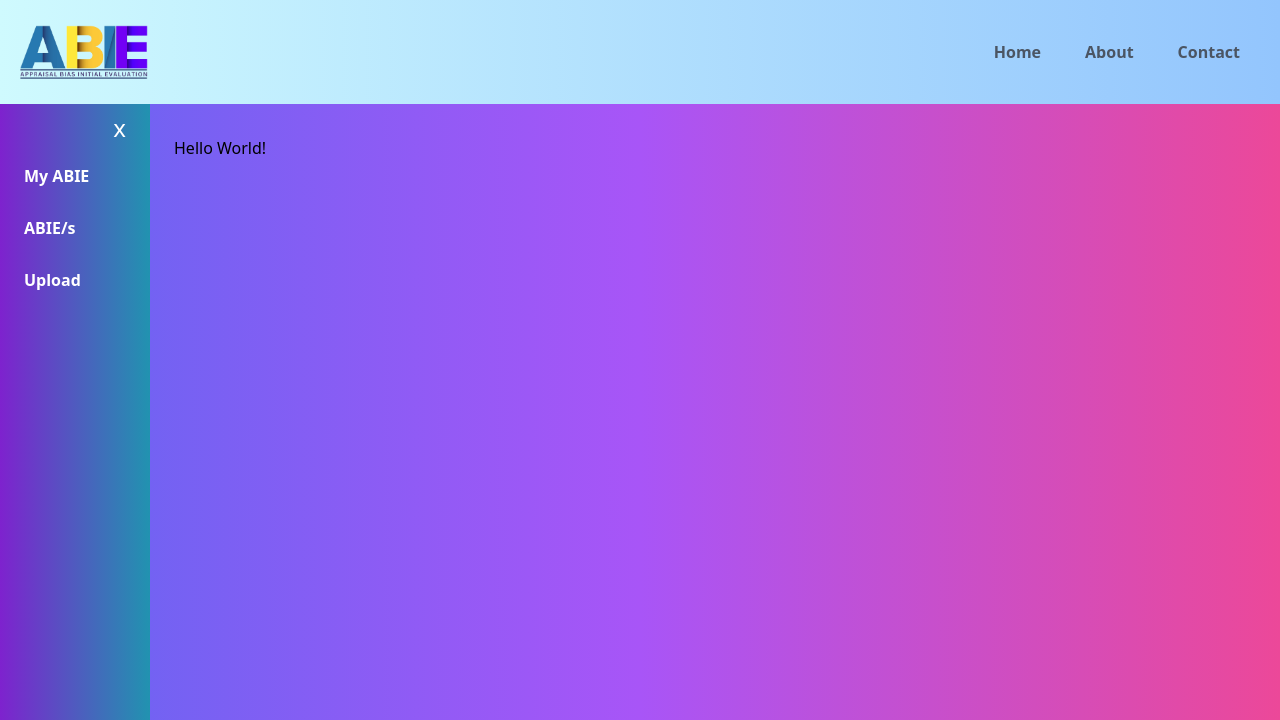
Repository: WafulaLukorito/Abie-frontend
Page: /dashboard
An editor plug-in stored every save of this project. The page is shown before and after the next save, followed by the edit.
The browser window is 1280 px wide. The pictures show the whole page.
The project was rebuilt for these pictures with package versions that can differ from the ones it lists, and the page was loaded fresh each time. Also part of the build but not shown: vite.config.js, src/components/Header/Button.jsx, src/components/Header/Links.jsx, src/components/Header/index.jsx, src/pages/Home.jsx, src/pages/About.jsx.

Above is the page before, as saved 2024-01-26 17:24:21.

After the next save:
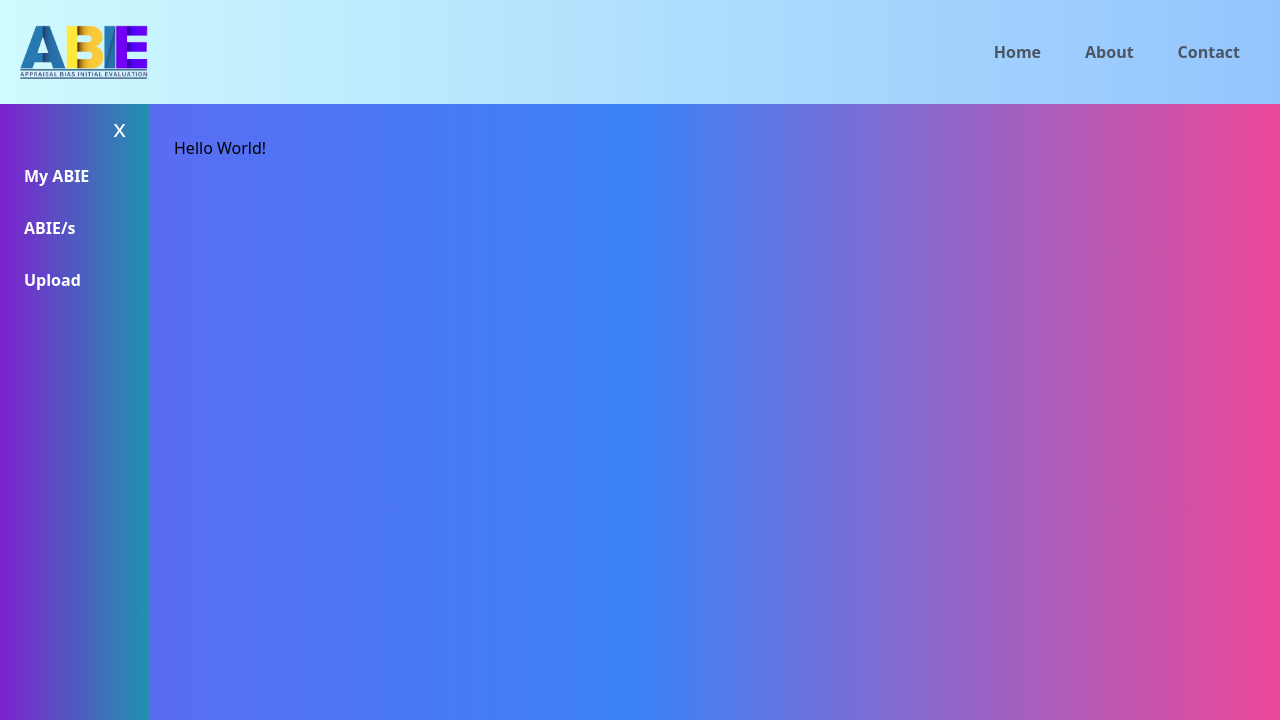
Saved 97 s later.
--- a/src/pages/Dashboard.jsx
+++ b/src/pages/Dashboard.jsx
@@ -10,7 +10,7 @@
     };
 
     return (
-        <div className="flex h-screen bg-gradient-to-r from-indigo-500 via-purple-500 to-pink-500 " >
+        <div className="flex h-screen bg-gradient-to-r from-indigo-500 via-blue-500 to-pink-500 " >
        {/* // style={{ background: 'linear-gradient(to left, #6dd5ed, #2193b0)' }}>  Gradient background */}
             <Sidebar isOpen={isSidebarOpen} toggleSidebar={toggleSidebar} />
             <div className="flex flex-col flex-1 overflow-hidden">
